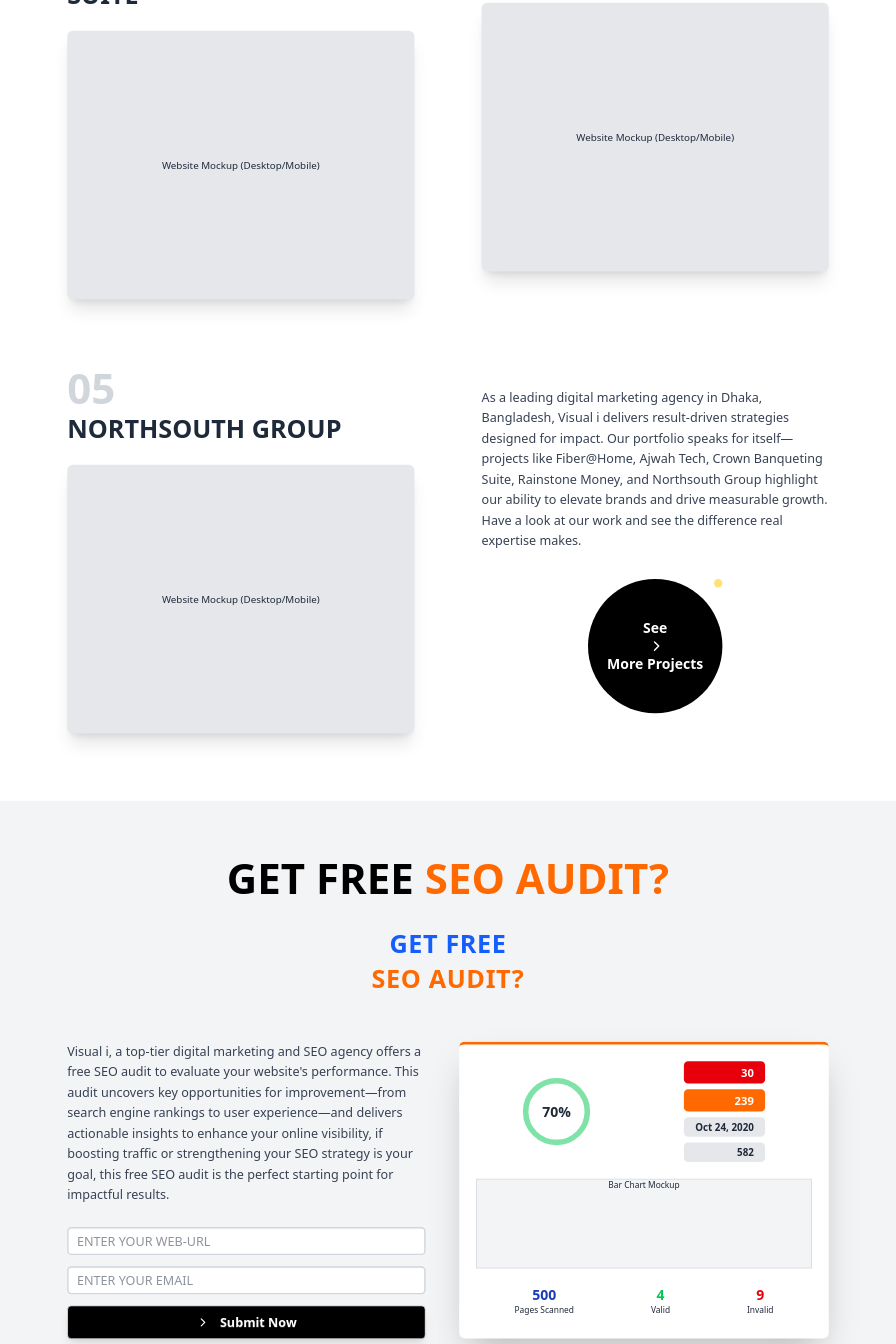
Repository: mdmuhibullahhabib/weboria
Page: /
An editor plug-in stored every save of this project. The page is shown before and after a run of saves, followed by the edit.
The browser window is 1280 px wide. The pictures show the part of the page from y = 4580 to 6500 px (the page is 9361 px tall), at 70% of full size.
The project was rebuilt for these pictures with package versions that can differ from the ones it lists, and the page was loaded fresh each time. Some packages were replaced by stand-ins written for this rebuild. The framework's server and built-in components were replaced by stand-ins that run in the browser. Also part of the build but not shown: next.config.mjs.

Above is the page before, as saved 2025-10-03 01:22:22.

### src/app/layout.js
import { Geist, Geist_Mono } from "next/font/google";
import "./globals.css";
import Navbar from "@/components/Navbar";
import Footer from "@/components/Footer";
import { Toaster } from "react-hot-toast";

const geistSans = Geist({
  variable: "--font-geist-sans",
  subsets: ["latin"],
});

const geistMono = Geist_Mono({
  variable: "--font-geist-mono",
  subsets: ["latin"],
});

export const metadata = {
  title: "Weboria",
  description: "Digital Marketing Agency",
  icons: "/favicon.ico",
};

export default function RootLayout({ children }) {
  return (
    <html lang="en">
      <body
        className={`${geistSans.variable} ${geistMono.variable} antialiased`}
      >

        <Navbar />
        <Toaster />
        {children}
        <Footer />
      </body>
    </html>
  );
}

### src/components/Navbar.jsx
"use client";
import { useState } from "react";
import Link from "next/link";
import { usePathname } from "next/navigation";
import { Menu, X } from "lucide-react";

export default function Navbar() {
  const [isOpen, setIsOpen] = useState(false);
  const pathname = usePathname();

  const navigation = [
    { name: "Home", href: "/" },
    { name: "About", href: "/about" },
    { name: "Services", href: "/services" },
    { name: "Portfolio", href: "/portfolio" },
    { name: "Contact", href: "/contact" },
  ];

  const isActive = (href) => {
    if (href === "/" && pathname === "/") return true;
    if (href !== "/" && pathname.startsWith(href)) return true;
    return false;
  };

  return (
    <nav className="sticky top-0 z-50 bg-base-100/95 backdrop-blur-md border-b shadow-sm">
      <div className="max-w-7xl mx-auto px-4 sm:px-6 lg:px-8">
        <div className="flex justify-between items-center h-16">
          {/* Logo */}
          <Link href="/" data-testid="link-home">
            <h1 className="text-2xl font-bold text-primary">Weboria</h1>
          </Link>

          {/* Desktop Navigation */}
          <div className="hidden md:flex space-x-4 items-center">
            {navigation.map((item) => (
              <Link key={item.name} href={item.href} data-testid={`link-${item.name.toLowerCase()}`}>
                <span
                  className={`px-3 py-2 rounded-md text-sm font-medium transition-colors ${
                    isActive(item.href)
                      ? "bg-primary text-primary-content"
                      : "text-base-content hover:text-primary"
                  }`}
                >
                  {item.name}
                </span>
              </Link>
            ))}

            {/* CTA Button */}
            <Link href="/contact">
              <button className="btn btn-sm btn-primary ml-4">Get Started</button>
            </Link>
          </div>

          {/* Mobile menu button */}
          <div className="md:hidden">
            <button
              className="btn btn-ghost btn-square"
              onClick={() => setIsOpen(!isOpen)}
              data-testid="button-mobile-menu"
            >
              {isOpen ? <X className="w-6 h-6" /> : <Menu className="w-6 h-6" />}
            </button>
          </div>
        </div>

        {/* Mobile Navigation */}
        {isOpen && (
          <div className="md:hidden mt-2 border-t">
            <div className="flex flex-col space-y-1 px-2 py-3">
              {navigation.map((item) => (
                <Link key={item.name} href={item.href} data-testid={`link-mobile-${item.name.toLowerCase()}`}>
                  <span
                    className={`block px-3 py-2 rounded-md text-base font-medium transition-colors ${
                      isActive(item.href)
                        ? "bg-primary text-primary-content"
                        : "text-base-content hover:text-primary"
                    }`}
                    onClick={() => setIsOpen(false)}
                  >
                    {item.name}
                  </span>
                </Link>
              ))}

              {/* Mobile CTA Button */}
              <Link href="/contact">
                <button
                  className="btn btn-primary w-full mt-2"
                  data-testid="button-mobile-get-started"
                  onClick={() => setIsOpen(false)}
                >
                  Get Started
                </button>
              </Link>
            </div>
          </div>
        )}
      </div>
    </nav>
  );
}

### src/components/Footer.jsx
"use client";

import Link from "next/link";
import {
  Facebook,
  Twitter,
  Linkedin,
  Instagram,
  Mail,
  Phone,
  MapPin,
} from "lucide-react";

export default function Footer() {
  // ✅ CTA function in plain JS
  const handleNewsletterSubmit = (e) => {
    e.preventDefault();
    const formData = new FormData(e.target);
    const email = formData.get("email");
    console.log("Newsletter signup:", email);
    e.target.reset();
  };

  const quickLinks = [
    { name: "Home", href: "/" },
    { name: "About", href: "/about" },
    { name: "Services", href: "/services" },
    { name: "Portfolio", href: "/portfolio" },
    { name: "Contact", href: "/contact" },
  ];

  const services = [
    { name: "Web Development", href: "/services" },
    { name: "Mobile Apps", href: "/services" },
    { name: "Digital Marketing", href: "/services" },
    { name: "SEO Services", href: "/services" },
  ];

  const socialLinks = [
    { Icon: Facebook, href: "#", label: "Facebook" },
    { Icon: Twitter, href: "#", label: "Twitter" },
    { Icon: Linkedin, href: "#", label: "LinkedIn" },
    { Icon: Instagram, href: "#", label: "Instagram" },
  ];

  return (
    <footer className="bg-base-200 border-t">
      <div className="max-w-7xl mx-auto px-4 sm:px-6 lg:px-8 py-16">
        {/* Main Footer Content */}
        <div className="grid grid-cols-1 md:grid-cols-2 lg:grid-cols-4 gap-8">
          {/* Company Info */}
          <div className="space-y-4">
            <h3 className="text-2xl font-bold text-primary">Weboria</h3>
            <p className="text-base-content/70 leading-relaxed">
              Transforming businesses through innovative digital solutions.
              We create experiences that inspire, engage, and convert.
            </p>

            {/* Contact Info */}
            <div className="space-y-2 text-base-content/70">
              <div className="flex items-center">
                <Mail className="w-4 h-4 mr-2" />
                <span className="text-sm">hello@weboria.com</span>
              </div>
              <div className="flex items-center">
                <Phone className="w-4 h-4 mr-2" />
                <span className="text-sm">+1 (555) 123-4567</span>
              </div>
              <div className="flex items-center">
                <MapPin className="w-4 h-4 mr-2" />
                <span className="text-sm">San Francisco, CA</span>
              </div>
            </div>
          </div>

          {/* Quick Links */}
          <div>
            <h4 className="text-lg font-semibold mb-4">Quick Links</h4>
            <ul className="space-y-2">
              {quickLinks.map((link) => (
                <li key={link.name}>
                  <Link href={link.href}>
                    <span className="text-base-content/70 hover:text-primary transition-colors">
                      {link.name}
                    </span>
                  </Link>
                </li>
              ))}
            </ul>
          </div>

          {/* Services */}
          <div>
            <h4 className="text-lg font-semibold mb-4">Services</h4>
            <ul className="space-y-2">
              {services.map((service) => (
                <li key={service.name}>
                  <Link href={service.href}>
                    <span className="text-base-content/70 hover:text-primary transition-colors">
                      {service.name}
                    </span>
                  </Link>
                </li>
              ))}
            </ul>
          </div>

          {/* Newsletter */}
          <div>
            <h4 className="text-lg font-semibold mb-4">Stay Updated</h4>
            <p className="text-base-content/70 text-sm mb-4">
              Get the latest insights and updates on digital trends.
            </p>
            <form onSubmit={handleNewsletterSubmit} className="space-y-2">
              <input
                type="email"
                name="email"
                placeholder="Enter your email"
                className="input input-bordered w-full"
                required
              />
              <button type="submit" className="btn btn-primary w-full">
                Subscribe
              </button>
            </form>
          </div>
        </div>

        {/* Social Links & Copyright */}
        <div className="border-t mt-12 pt-8">
          <div className="flex flex-col md:flex-row justify-between items-center space-y-4 md:space-y-0">
            {/* Social Links */}
            <div className="flex space-x-4">
              {socialLinks.map(({ Icon, href, label }) => (
                <a
                  key={label}
                  href={href}
                  target="_blank"
                  rel="noopener noreferrer"
                  className="btn btn-circle btn-ghost"
                  aria-label={label}
                >
                  <Icon className="w-5 h-5" />
                </a>
              ))}
            </div>

            {/* Copyright */}
            <div className="text-center md:text-right">
              <p className="text-base-content/70 text-sm">
                © 2024 Weboria. All rights reserved.
              </p>
            </div>
          </div>
        </div>
      </div>
    </footer>
  );
}

### src/app/Home/components/Marquee.jsx
"use client"
import React from 'react';

// Using the Diamond icon for the separator, which closely matches the image.
const DiamondSeparator = () => (
    <span
      className="inline-block text-gray-300 text-3xl sm:text-4xl md:text-5xl lg:text-6xl mx-8 align-middle"
      style={{ transform: 'rotate(45deg)', opacity: 0.7 }}
    >
      &#9670; {/* Unicode for a diamond */}
    </span>
);

const Marquee = () => {
  // Repeating a list of services/keywords
  const marqueeText = [
    "DIGITAL MARKETING",
    "SEO",
    "GRAPHIC DESIGN",
    "WEB DEVELOPMENT",
    "CYBER SECURITY",
    "PR"
  ];

  // Duplicate the content to ensure seamless loop
  const fullMarqueeContent = [...marqueeText, ...marqueeText];

  return (
    <div className="relative w-full overflow-hidden bg-white py-6 sm:py-8 border-y border-gray-100">
      {/* This div is set to animate using the custom CSS keyframes defined below.
        It needs to be wider than its parent to scroll.
      */}
      <div className="animate-marquee whitespace-nowrap inline-block">
        {fullMarqueeContent.map((text, index) => (
          <React.Fragment key={index}>
            <span
              className="inline-block text-3xl sm:text-4xl md:text-5xl lg:text-6xl font-extrabold font-sans tracking-wide mx-4 uppercase"
              style={{
                  // Custom styling for the outlined/hollow text effect
                  WebkitTextStroke: '2px #333', // Dark outline
                  WebkitTextFillColor: 'transparent', // Transparent fill
                  color: 'transparent', // Fallback for standard browsers
                  fontFamily: 'Oswald, sans-serif' // Suggesting a suitable bold font style
              }}
            >
              {text}
            </span>
            {/* Add separator between all elements */}
            {index < fullMarqueeContent.length - 1 && (
                <DiamondSeparator />
            )}
          </React.Fragment>
        ))}
      </div>

      {/* Global CSS for the Marquee Animation */}
      {/* Note: In a real Next.js app, this should often go into a global CSS file,
          but for single-file component generation, we use a style tag. */}
      <style jsx global>{`
        @keyframes marquee {
          0% { transform: translateX(0%); }
          100% { transform: translateX(-50%); } /* Scrolls through one full set of content */
        }
        .animate-marquee {
          animation: marquee 35s linear infinite; /* Adjust duration to control speed */
          display: inline-block;
          will-change: transform; /* Performance optimization */
        }
      `}</style>
    </div>
  );
};

export default Marquee;

### src/components/Service.jsx
"use client"
import React from "react";
import { Rocket, Lightbulb, Monitor, Check, PhoneCall, Zap } from "lucide-react";

const Service = () => {
    // Mock data for the service cards
    const serviceData = [
        {
            title: "DIGITAL MARKETING & SEO SOLUTIONS",
            icon: Rocket,
            iconColor: "text-red-500",
            image: "https://placehold.co/400x300/e0f2ff/0071c2?text=SEO+Rocket",
            expertise: [
                "Increase Website Traffic",
                "Rank Higher on Google",
                "Generate More Leads & Sales",
                "Optimize Content Strategy",
            ],
        },
        {
            title: "ENTERPRISE SOLUTIONS",
            icon: Lightbulb,
            iconColor: "text-yellow-500",
            image: "https://placehold.co/400x300/fffbeb/d97706?text=Enterprise+Idea",
            expertise: ["Optimize Operations", "Boost Productivity", "Scale Securely", "Grow Smart"],
        },
        {
            title: "WEBSITE DEVELOPMENT SERVICES",
            icon: Monitor,
            iconColor: "text-blue-500",
            image: "https://placehold.co/400x300/f3e8ff/7c3aed?text=Web+Monitor",
            expertise: [
                "Website Design and Development",
                "Web Application Development",
                "Custom CMS",
                "E-commerce Platforms",
            ],
        },
    ];

    return (
        <div className="font-sans bg-gray-50 min-h-screen">
            {/* Hero Section */}
            <section className="container mx-auto px-4 py-16 lg:py-24 flex flex-col lg:flex-row items-center lg:space-x-12">
                {/* Left Column */}
                <div className="lg:w-1/2 mb-10 lg:mb-0 relative p-4 md:p-8 bg-white shadow-2xl rounded-3xl">
                    <img
                        src="https://placehold.co/600x400/1e3a8a/ffffff?text=Team+Meeting"
                        alt="Empowering Your Digital Presence"
                        className="w-full h-auto rounded-xl object-cover"
                    />
                    <div className="absolute -bottom-8 left-1/2 transform -translate-x-1/2 bg-white p-4 shadow-xl rounded-xl border border-gray-100 w-11/12 text-center lg:static lg:transform-none lg:mt-6 lg:p-0 lg:border-none">
                        <h1 className="text-5xl md:text-7xl font-extrabold leading-tight text-transparent bg-clip-text bg-gradient-to-r from-blue-600 to-indigo-700">
                            EMPOWERING
                        </h1>
                        <p className="text-3xl md:text-5xl font-semibold text-yellow-500 mt-2">YOUR DIGITAL</p>
                        <h2 className="text-5xl md:text-7xl font-extrabold leading-tight text-white bg-gray-900 rounded-lg inline-block mt-2 p-2">
                            PRESENCE
                        </h2>
                    </div>
                </div>

                {/* Right Column */}
                <div className="lg:w-1/2 pt-16 lg:pt-0 text-gray-700 space-y-4">
                    <p>
                        <span className="font-bold text-blue-600">Visual i</span> is an international digital marketing agency with a head office in the UK and a country office in Banani, Dhaka, Bangladesh. We specialize in SEO, social media marketing, Google Ads, PR, graphic design, cyber security, web development, and more.
                    </p>
                    <p>
                        Whether you need to boost online visibility, drive targeted traffic, or increase customer engagement, we craft bespoke strategies to make your brand shine. Join us and take your business to new heights!
                    </p>
                    <button className="flex items-center mt-6 px-8 py-3 bg-blue-600 text-white font-semibold rounded-full shadow-lg hover:bg-blue-700 transition">
                        <PhoneCall className="h-5 w-5 mr-2" />
                        Contact Us
                    </button>
                </div>
            </section>

            {/* Services Section */}
            <section className="container mx-auto px-4 py-16 lg:py-24">
                <header className="text-center mb-12">
                    <div className="mb-12">
                        <div className="flex justify-center items-center mb-4">
                            <div className="w-10 h-10 border-4 border-gray-400 rounded-full flex items-center justify-center mr-2">
                                <Zap size={20} className="text-gray-700" />
                            </div>
                            <p className="text-xl font-semibold uppercase text-gray-700">Visual i Provides</p>
                        </div>
                        <h2 className="text-5xl md:text-6xl font-extrabold text-black">
                            360° <span className='text-orange-500'>DIGITAL SOLUTIONS</span>
                        </h2>
                    </div>
                </header>

                <div className="grid grid-cols-1 md:grid-cols-2 lg:grid-cols-3 gap-8">
                    {serviceData.map((service, index) => (
                        <div
                            key={index}
                            className="shadow-xl bg-white rounded-2xl overflow-hidden transition-transform hover:scale-105 duration-300 border-t-4 border-blue-600"
                        >
                            <figure className="h-48 relative bg-gray-100">
                                <img
                                    src={service.image}
                                    alt={service.title}
                                    className="w-full h-full object-cover"
                                    onError={(e) => {
                                        e.target.onerror = null;
                                        e.target.src = "https://placehold.co/400x300/cccccc/333333?text=Visuals";
                                    }}
                                />
                                <div className="absolute top-4 left-4 flex items-center">
                                    <service.icon className={`h-8 w-8 ${service.iconColor}`} />
                                    <span className="text-sm font-semibold ml-2 text-gray-700">WebOria</span>
                                </div>
                            </figure>
                            <div className="p-6">
                                <h2 className="text-xl font-bold mb-3 text-gray-800">{service.title}</h2>
                                <div className={`text-sm font-semibold mb-2 ${service.iconColor}`}>OUR EXPERTISE:</div>
                                <ul className="space-y-2">
                                    {service.expertise.map((item, i) => (
                                        <li key={i} className="flex items-start text-gray-600 text-sm">
                                            <Check className="h-4 w-4 text-green-500 mt-1 flex-shrink-0" />
                                            <span className="ml-2">{item}</span>
                                        </li>
                                    ))}
                                </ul>
                            </div>
                        </div>
                    ))}
                </div>
            </section>
        </div>
    );
};

export default Service;

### src/app/Home/components/ScrollingLogos.jsx
"use client"
import React from "react";

const logos = [
    { name: "Pico", color: "text-blue-700", size: "text-3xl", weight: "font-extrabold" },
    { name: "frontpose", color: "text-gray-700", size: "text-3xl", weight: "font-extrabold" },
    { name: "NORTH SOUTH GROUP", color: "text-green-700", size: "text-xl", weight: "font-bold" },
    { name: "PAYLAKES", color: "text-yellow-500", size: "text-3xl", weight: "font-extrabold" },
    { name: "RAINSTONE MONEY", color: "text-gray-700", size: "text-xl", weight: "font-bold" },
    { name: "TSG Accountants", color: "text-gray-700", size: "text-xl", weight: "font-bold" },
];

const ScrollingLogos = () => {
    return (
        <section className="py-6 px-4 lg:px-20 overflow-hidden">
            <div className="border-t border-b border-gray-200 py-10">
                <div className="flex animate-marquee space-x-2">
                    {/** Repeat logos twice for seamless scroll */}
                    {[...logos, ...logos].map((logo, index) => (
                        <div key={index} className="flex-shrink-0 w-1/3 md:w-1/6 p-1">
                            <p className={`${logo.size} ${logo.weight} ${logo.color} text-center`}>
                                {logo.name.includes(" ") ? logo.name.split(" ")[0] : logo.name}
                                {logo.name.includes(" ") && <span className="font-light"> {logo.name.split(" ").slice(1).join(" ")}</span>}
                            </p>
                        </div>
                    ))}
                </div>
            </div>

            <style jsx>{`
        @keyframes marquee {
          0% { transform: translateX(0%); }
          100% { transform: translateX(-50%); }
        }
        .animate-marquee {
          display: flex;
          width: max-content;
          animation: marquee 30s linear infinite;
        }
      `}</style>
        </section>
    );
};

export default ScrollingLogos;

### src/components/SectionTitle.jsx
"use client";

export default function SectionTitle({ titleTop, titleBottom }) {
  return (
    <div className="text-center my-10 px-4">
      <h2 className="text-2xl md:text-3xl lg:text-4xl font-bold tracking-wide leading-snug">
        <span className="text-blue-600">{titleTop}</span>
        <br />
        <span className="text-orange-500">{titleBottom}</span>
      </h2>
    </div>
  );
}

Loaded but not shown: src/app/globals.css (common file); src/app/page.js (278 lines, source omitted); src/components/AgencySections.jsx (175 lines, source omitted)

After the next 5 saves:
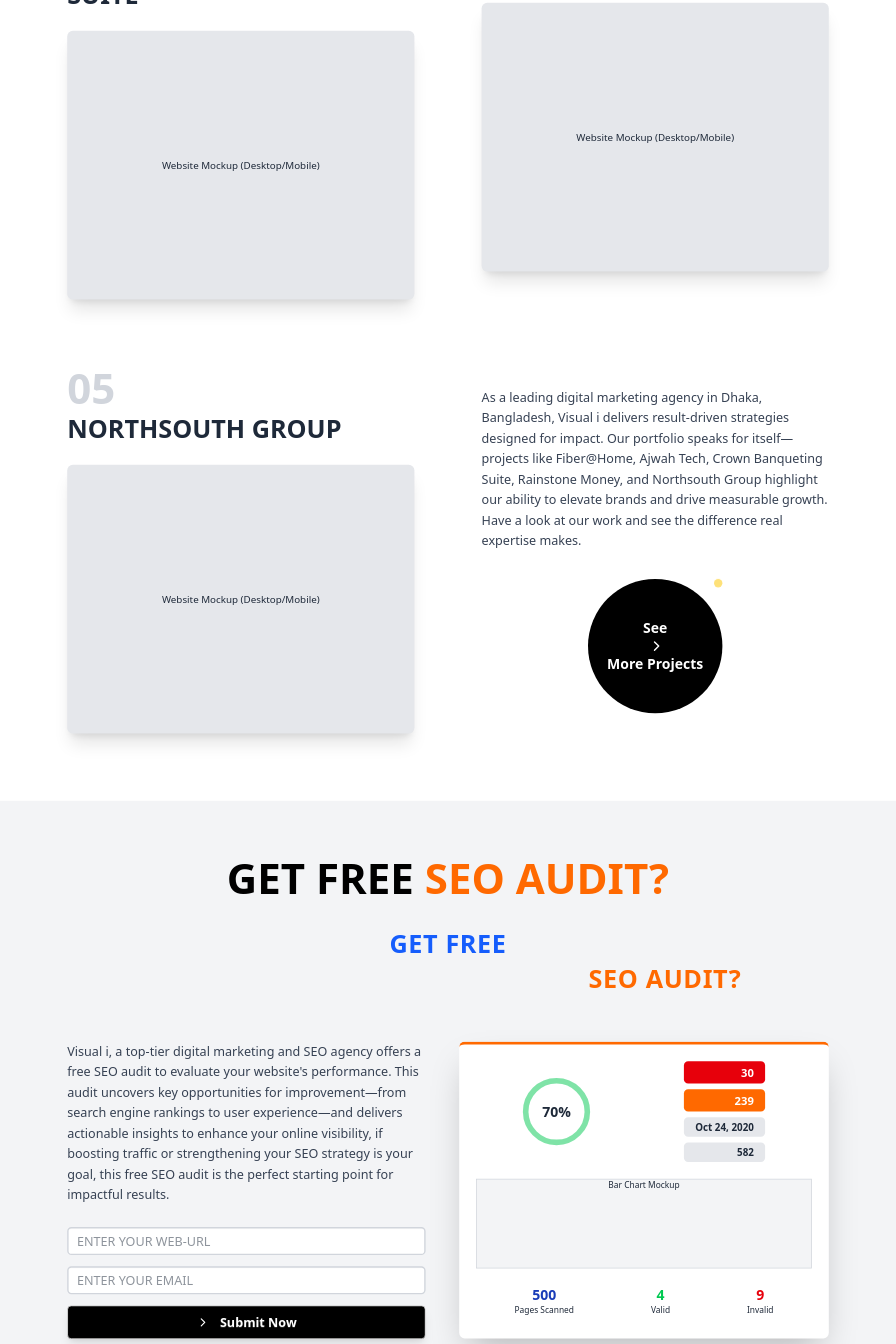
The 5 saves are shown as one change because 3 did not build or start and some came seconds apart.
The last was saved 2 min 35 s later.
--- a/src/components/SectionTitle.jsx
+++ b/src/components/SectionTitle.jsx
@@ -3,11 +3,16 @@
 export default function SectionTitle({ titleTop, titleBottom }) {
   return (
     <div className="text-center my-10 px-4">
-      <h2 className="text-2xl md:text-3xl lg:text-4xl font-bold tracking-wide leading-snug">
+      <h2 className="text-5xl md:text-3xl lg:text-4xl font-bold tracking-wide leading-snug">
         <span className="text-blue-600">{titleTop}</span>
         <br />
-        <span className="text-orange-500">{titleBottom}</span>
+        <span className="text-orange-500 ml-[620px]">{titleBottom}</span>
       </h2>
     </div>
   );
 }
+
+        // <h2 className="text-5xl font-semibold text-black text-center">
+        //   OUR FEATURED
+        // </h2>
+        // <h2 className='text-orange-500 text-5xl ml-[620px]'> PROJECTS</h2>
